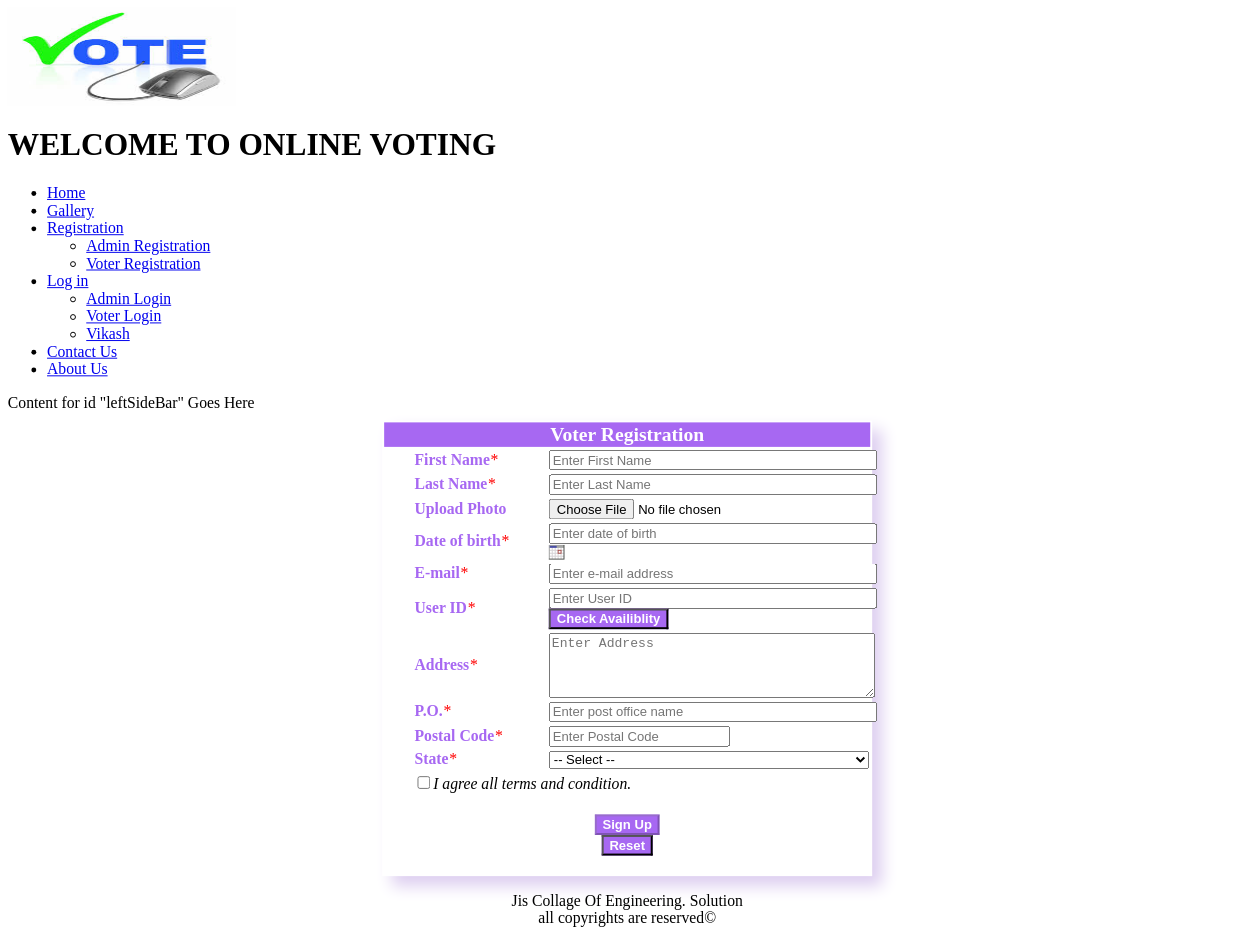
Repository: nsbgit/JavaTutorial
Page: http://localhost/TheVotingSystem/mainToVoterSection/voterSignUp.jsp
An editor plug-in stored every save of this project. The page is shown before and after the next save, followed by the edit.
The browser window is 1280 px wide. The pictures show the whole page, at 98% of full size.
The page is served by Tomcat 9. Queries for data that is not in the repository find no rows.

Above is the page before, as saved 2014-01-19 07:35:25.

After the next save:
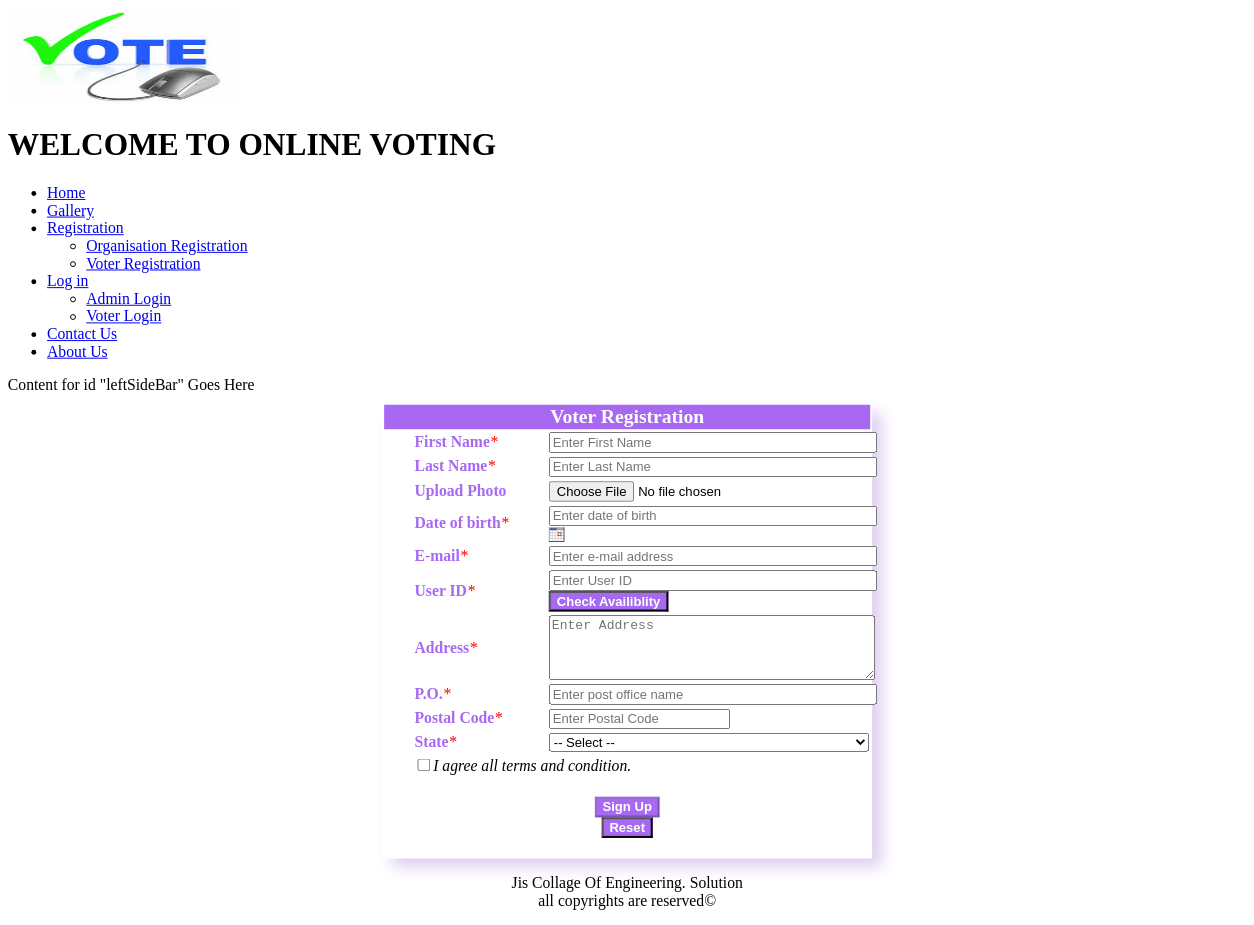
Saved 4 min 56 s later.
--- a/J2EE Webel Project/The Voting SystemByVikash/TheVotingSystem/WebContent/mainToVoterSection/voterSignUp.jsp
+++ b/J2EE Webel Project/The Voting SystemByVikash/TheVotingSystem/WebContent/mainToVoterSection/voterSignUp.jsp
@@ -33,15 +33,14 @@
    					<li><a href='#'><span>Gallery</span></a></li>
    					<li class='has-sub'><a href='#'><span>Registration</span></a>
      			<ul>
-         			<li><a href='ship_reg.jsp'><span>Admin Registration</span></a></li>
-         			<li class='last'><a href='sukanta_reg.jsp'><span>Voter Registration</span></a></li>
+         			<li><a href='../mainToAdminSection/adminSignUp.jsp'><span>Organisation Registration</span></a></li>
+         			<li class='last'><a href='../mainToVoterSection/voterSignUp.jsp'><span>Voter Registration</span></a></li>
       			</ul>
    			</li>
    				<li class='has-sub'><a href='#'><span>Log in</span></a>
       		<ul>
-         		<li><a href='#'><span>Admin Login</span></a></li>
-         		<li><a href='#'><span>Voter Login</span></a></li>
-         		<li class='last'><a href='sup_log.jsp'><span>Vikash</span></a></li>
+         		<li><a href='../mainToAdminSection/adminSignIn.jsp'><span>Admin Login</span></a></li>
+         		<li class='last'><a href='../mainToVoterSection/voterSignIn.jsp'><span>Voter Login</span></a></li>
       		</ul>
    		</li>
    				<li><a href='Contact.jsp"'><span>Contact Us</span></a></li>
